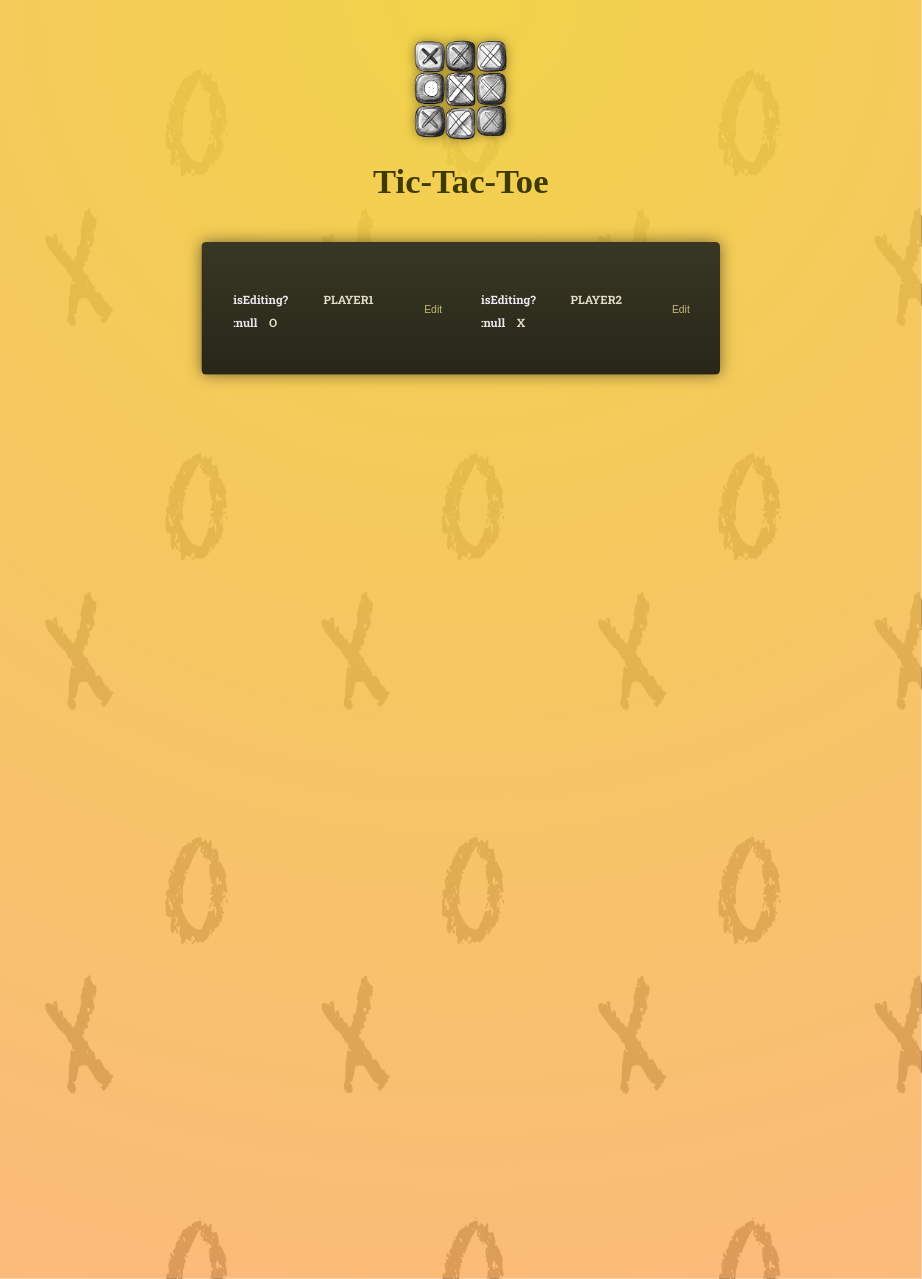
Repository: collyrium921/tic-tac-toe
Page: /
These files come from the project's save history. The page is drawn as it stood at one moment and after the next save; the edit follows.
The browser window is 1280 px wide. The pictures show the whole page, at 72% of full size.
Some web fonts or font styles are not loaded; a fallback is used. The project was rebuilt for these pictures with package versions that can differ from the ones it lists, and the page was loaded fresh each time. Also part of the build but not shown: vite.config.js.

Above is the page before, as saved 2024-05-23 00:51:42.

After the next save:
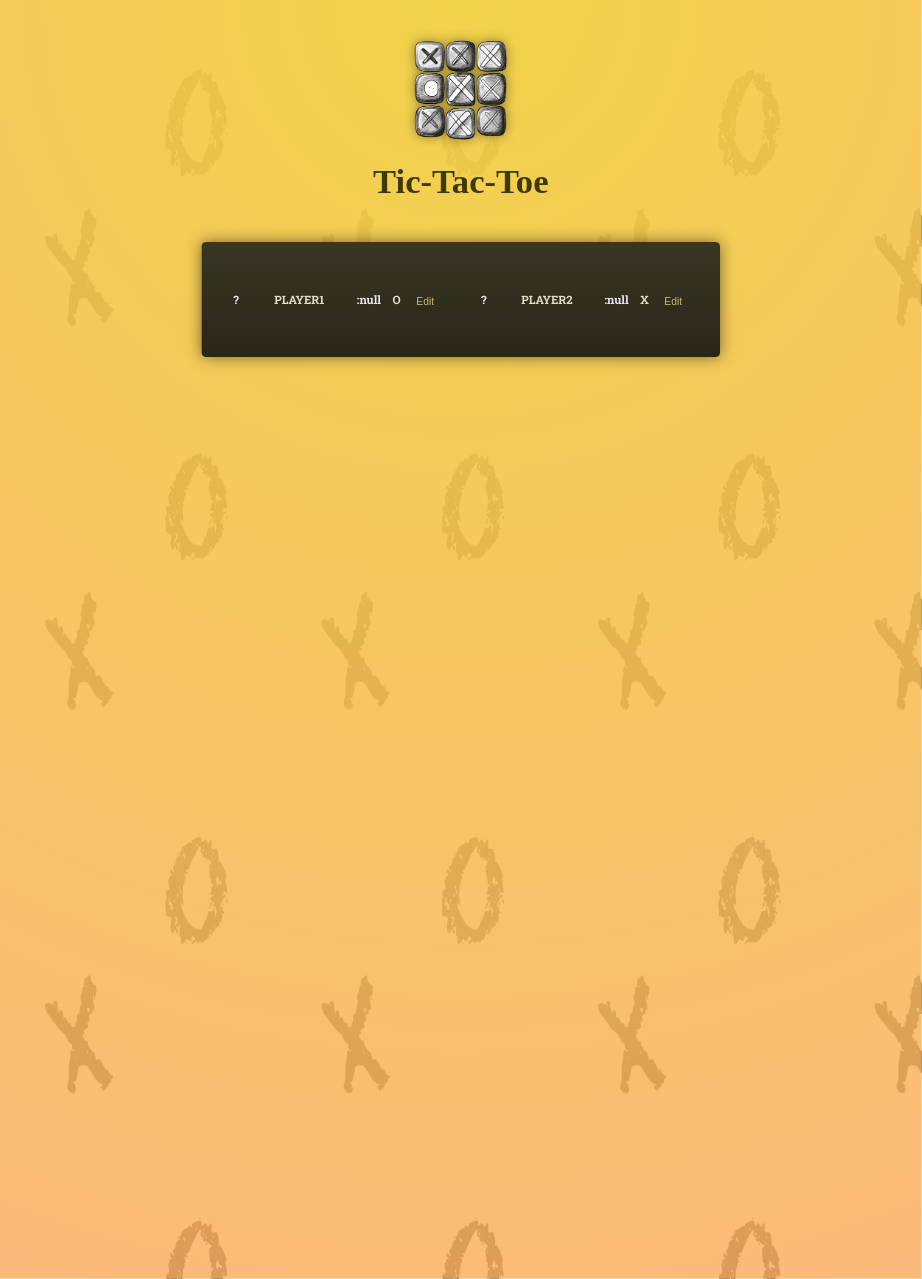
Saved 6 s later.
--- a/src/components/Player.jsx
+++ b/src/components/Player.jsx
@@ -9,7 +9,7 @@ export default function Player({ name, symbol }) {
   return (
     <li>
       <span className="player">
-       isEditing? <span className="player-name">{name}</span>:null
+       {isEditing}? <span className="player-name">{name}</span>:null
         <span className="player-symbol">{symbol}</span>
       </span>
       <button onClick={handleEditClick}>Edit</button>
